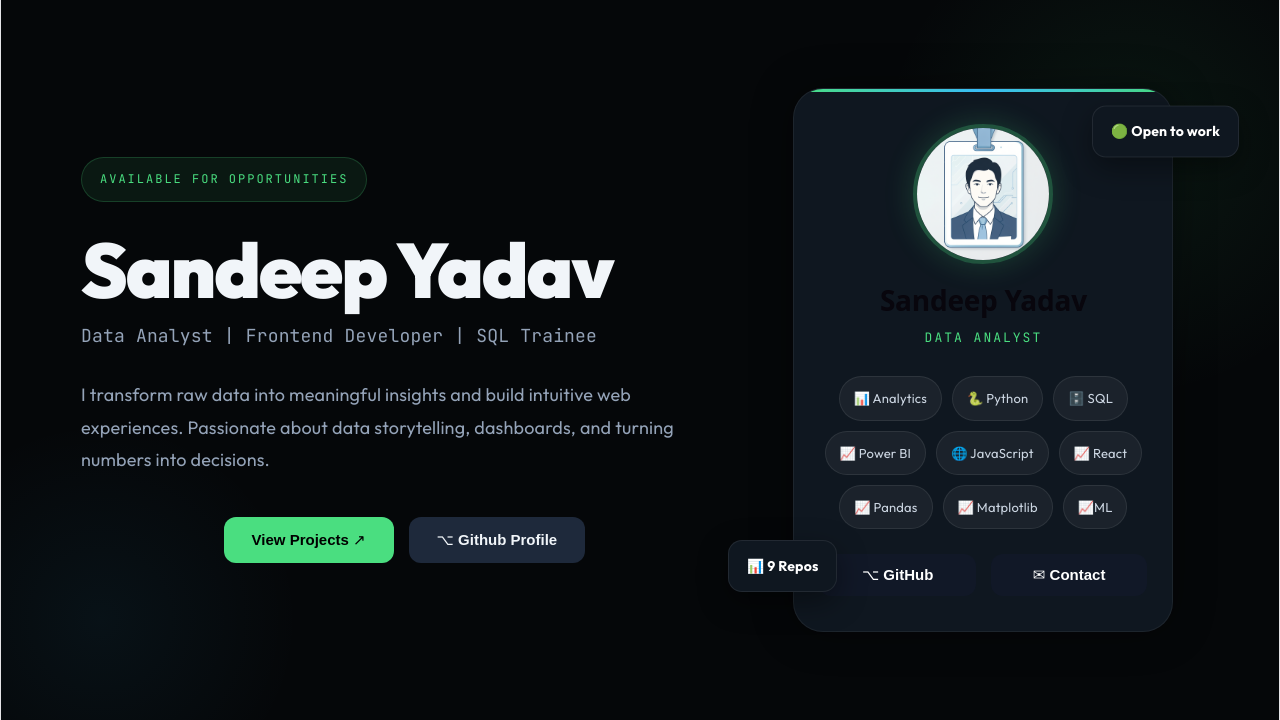
Repository: SandeepYadav18717/sandeepyadav
Page: / (app in Datanaltics_ portfolio/)
An editor plug-in stored every save of this project. The page is shown before and after a run of saves, followed by the edit.
The browser window is 1280 px wide. The pictures show the whole page.
The project was rebuilt for these pictures with package versions that can differ from the ones it lists, and the page was loaded fresh each time. Also part of the build but not shown: Datanaltics_ portfolio/vite.config.js, Datanaltics_ portfolio/src/App.css.

Above is the page before, as saved 2026-05-23 06:12:11.

### Datanaltics_ portfolio/index.html
<!doctype html>
<html lang="en">
  <head>
    <meta charset="UTF-8" />
    <link rel="icon" type="image/svg+xml" href="/favicon.svg" />
    <meta name="viewport" content="width=device-width, initial-scale=1.0" />
    <title>javascript</title>
  </head>
  <body>
    <div id="root"></div>
    <script type="module" src="/src/main.jsx"></script>
  </body>
</html>

### Datanaltics_ portfolio/src/index.css
:root {
  --text: #6b6375;
  --text-h: #08060d;
  --bg: #fff;
  --border: #e5e4e7;
  --code-bg: #f4f3ec;
  --accent: #aa3bff;
  --accent-bg: rgba(170, 59, 255, 0.1);
  --accent-border: rgba(170, 59, 255, 0.5);
  --social-bg: rgba(244, 243, 236, 0.5);
  --shadow:
    rgba(0, 0, 0, 0.1) 0 10px 15px -3px, rgba(0, 0, 0, 0.05) 0 4px 6px -2px;

  --sans: system-ui, 'Segoe UI', Roboto, sans-serif;
  --heading: system-ui, 'Segoe UI', Roboto, sans-serif;
  --mono: ui-monospace, Consolas, monospace;

  font: 18px/145% var(--sans);
  letter-spacing: 0.18px;
  color-scheme: light dark;
  color: var(--text);
  background: var(--bg);
  font-synthesis: none;
  text-rendering: optimizeLegibility;
  -webkit-font-smoothing: antialiased;
  -moz-osx-font-smoothing: grayscale;

  @media (max-width: 1024px) {
    font-size: 16px;
  }
}

@media (prefers-color-scheme: dark) {
  :root {
    --text: #9ca3af;
    --text-h: #f3f4f6;
    --bg: #16171d;
    --border: #2e303a;
    --code-bg: #1f2028;
    --accent: #c084fc;
    --accent-bg: rgba(192, 132, 252, 0.15);
    --accent-border: rgba(192, 132, 252, 0.5);
    --social-bg: rgba(47, 48, 58, 0.5);
    --shadow:
      rgba(0, 0, 0, 0.4) 0 10px 15px -3px, rgba(0, 0, 0, 0.25) 0 4px 6px -2px;
  }

  #social .button-icon {
    filter: invert(1) brightness(2);
  }
}

body {
  margin: 0;
}

#root {
  width: 1126px;
  max-width: 100%;
  margin: 0 auto;
  text-align: center;
  border-inline: 1px solid var(--border);
  min-height: 100svh;
  display: flex;
  flex-direction: column;
  box-sizing: border-box;
}

h1,
h2 {
  font-family: var(--heading);
  font-weight: 500;
  color: var(--text-h);
}

h1 {
  font-size: 56px;
  letter-spacing: -1.68px;
  margin: 32px 0;
  @media (max-width: 1024px) {
    font-size: 36px;
    margin: 20px 0;
  }
}
h2 {
  font-size: 24px;
  line-height: 118%;
  letter-spacing: -0.24px;
  margin: 0 0 8px;
  @media (max-width: 1024px) {
    font-size: 20px;
  }
}
p {
  margin: 0;
}

code,
.counter {
  font-family: var(--mono);
  display: inline-flex;
  border-radius: 4px;
  color: var(--text-h);
}

code {
  font-size: 15px;
  line-height: 135%;
  padding: 4px 8px;
  background: var(--code-bg);
}

### Datanaltics_ portfolio/src/App.jsx
import { useState } from 'react'

// import heroImg from './assets/hero.png'
import './App.css'
import Button from './Components/button'
import Main_Page from './pages/Main.jsx'
function App() {
  const [count, setCount] = useState(0)

  return (
    <>
    <Main_Page />
     </>
  )}
export default App

### Datanaltics_ portfolio/src/Components/button.jsx
function Button({id, text, onClick }) {
  return (
    <button id={id}onClick={onClick} className="btn">
      {text}
    </button>
  );
}
export default Button;

### Datanaltics_ portfolio/src/pages/Main.jsx
import Button from "../Components/button";
import "../Css/Main.css";
import photo from "../assets/image.png";

function Main_Page() {
  return (
    <div className="main-page">
      {/* LEFT SECTION */}
      <div className="left-section">
        <div id="Heading_1">Available for opportunities</div>

        <div id="Name">Sandeep Yadav</div>

        <div id="Heading_2">
          Data Analyst | Frontend Developer | SQL Trainee
        </div>

        <p id="Description">
          I transform raw data into meaningful insights and build intuitive web
          experiences. Passionate about data storytelling, dashboards, and
          turning numbers into decisions.
        </p>

        <Button
          text="View Projects ↗"
          onClick={() => window.open("https://github.com/SandeepYadav18717")}
        />
        <Button
          id="Github"
          text="⌥ Github Profile"
          onClick={() => window.open("https://github.com/SandeepYadav18717")}
        />
      </div>
      {/* RIGHT SECTION */}
      <div className="profile-wrapper">
        <div className="floating-badge badge-top">🟢 Open to work</div>

        {/* FLOATING BADGE 2 */}
        <div className="floating-badge badge-bottom">📊 9 Repos</div>

        {/* PROFILE CARD */}
        <div className="profile-card">
          {/* PROFILE IMAGE */}
          <img src={photo} alt="Profile" id="Photo" />

          {/* NAME */}
          <h2 className="profile-name">Sandeep Yadav</h2>

          {/* ROLE */}
          <p className="profile-role">DATA ANALYST</p>

          {/* SKILLS */}
          <div className="skill-tags">
            <span>📊 Analytics</span>

            <span>🐍 Python</span>

            <span>🗄️ SQL</span>

            <span>📈 Power BI</span>

            <span>🌐 JavaScript</span>
            <span>📈 React</span>
            <span>📈 Pandas</span>
            <span>📈 Matplotlib</span>
            <span>📈ML </span>
          </div>

          {/* BUTTONS */}
          <div className="profile-buttons">
            {/* GITHUB */}
            <button
              className="github-btn"
              onClick={() =>
                window.open("https://github.com/SandeepYadav18717")
              }
            >
              ⌥ GitHub
            </button>

            {/* CONTACT */}
            <button
              className="contact-btn"
              onClick={() => window.open("https://linkedin.com")}
            >
              ✉ Contact
            </button>
          </div>
        </div>
      </div>
    </div>
  );
}

export default Main_Page;

### Datanaltics_ portfolio/src/Css/Main.css
/* GOOGLE FONT */
@import url("https://fonts.googleapis.com/css2?family=Outfit:wght@300;400;500;700;900&family=JetBrains+Mono:wght@400;700&display=swap");

* {
    margin: 0;
    padding: 0;
    box-sizing: border-box;
}

html,
body,
#root {
    width: 100%;
    min-height: 100vh;
    overflow-x: hidden;
    background: #050709;
    color: #f1f5f9;
    font-family: "Outfit", sans-serif;
}

.main-page {
    min-height: 100vh;
    width: 100%;
    display: grid;
    grid-template-columns: 1.2fr 0.8fr;
    align-items: center;
    gap: 40px;
    padding: 80px;
    position: relative;
    overflow: hidden;
    background: #050709;
}

.main-page::before {
    content: "";
    position: absolute;
    width: 500px;
    height: 500px;
    top: -100px;
    right: -100px;
    border-radius: 50%;
    background: radial-gradient(circle,
            rgba(74, 222, 128, 0.08),
            transparent 70%);
    z-index: 0;
    pointer-events: none;
}

.main-page::after {
    content: "";
    position: absolute;
    width: 400px;
    height: 400px;
    bottom: -100px;
    left: -100px;
    border-radius: 50%;
    background: radial-gradient(circle,
            rgba(56, 189, 248, 0.06),
            transparent 70%);
    z-index: 0;
    pointer-events: none;
}

.main-page * {
    position: relative;
    z-index: 1;
}

.content-left {
    display: flex;
    flex-direction: column;
    justify-content: center;
    align-items: flex-start;
    text-align: left;
}

#Heading_1 {
    width: fit-content;
    background: rgba(74, 222, 128, 0.08);
    border: 1px solid rgba(74, 222, 128, 0.2);
    color: #4ade80;
    padding: 8px 18px;
    border-radius: 50px;
    font-size: 12px;
    font-family: "JetBrains Mono", monospace;
    letter-spacing: 2px;
    text-transform: uppercase;
    margin-bottom: 30px;
}

#Name {
    font-size: clamp(45px, 6vw, 90px);
    font-weight: 900;
    line-height: 1;
    letter-spacing: -2px;
    margin-bottom: 15px;
    word-break: break-word;
    text-align: left;
}

#Heading_2 {
    color: #94a3b8;
    font-size: 18px;
    font-family: "JetBrains Mono", monospace;
    margin-bottom: 30px;
    text-align: left;
}

#Description {
    max-width: 650px;
    color: #94a3b8;
    font-size: 18px;
    line-height: 1.8;
    margin-bottom: 40px;
    text-align: left;
}

.photo-container {
    display: flex;
    justify-content: center;
    align-items: center;
    width: 100%;
}

#Photo {
    width: 100%;
    max-width: 400px;
    height: auto;
    margin-left: 0%;
    aspect-ratio: 1/1;
    border-radius: 30px;
    object-fit: cover;
    box-shadow: 0 0 40px rgba(74, 222, 128, 0.2);
}

button {
    width: fit-content;
    background: #4ade80;
    color: black;
    border: none;
    border-radius: 12px;
    padding: 14px 28px;
    font-size: 15px;
    font-weight: 700;
    cursor: pointer;
    transition: 0.3s;
    margin-left: 0px;
}

button:hover {
    background: #86efac;
    transform: translateY(-3px);
    box-shadow: 0 10px 30px rgba(74, 222, 128, 0.3);
}

#Github {
    background: #1e293b;

    color: #f1f5f9;

    border: none;

    padding: 14px 28px;

    border-radius: 12px;
    font-size: 15px;

    font-weight: 700;

    cursor: pointer;

    transition: 0.3s;

    margin-left: 15px;
}

#Github:hover {
    background: #334155;

    transform: translateY(-3px);

    box-shadow: 0 10px 30px rgba(74, 222, 128, 0.2);
}

@media (max-width: 1024px) {
    .main-page {
        grid-template-columns: 1fr;
        gap: 40px;
        padding: 60px 40px;
    }

    .photo-container {
        justify-content: flex-start;
    }

    #Photo {
        max-width: 320px;
    }
}

@media (max-width: 768px) {
    .main-page {
        padding: 40px 20px;
    }

    #Name {
        font-size: 42px;
        letter-spacing: -1px;
    }

    #Heading_2 {
        font-size: 15px;
    }

    #Description {
        font-size: 16px;
    }

    button {
        width: 100%;
    }

    #Photo {
        max-width: 280px;
    }
}

/* WRAPPER */
.profile-wrapper{

  position:relative;

  display:flex;

  justify-content:center;

  align-items:center;
}

/* FLOATING BADGES */
.floating-badge{

  position:absolute;

  background:#0f1720;

  border:1px solid rgba(255,255,255,0.08);

  color:white;

  padding:12px 18px;

  border-radius:14px;

  font-size:14px;

  font-weight:600;

  box-shadow:
  0 10px 30px rgba(0,0,0,0.4);

  z-index:10;

  animation:float 3s ease-in-out infinite;
}

/* TOP BADGE */
.badge-top{

  top:20px;

  right:-40px;
}

/* BOTTOM BADGE */
.badge-bottom{

  bottom:30px;

  left:-40px;

  animation-delay:1s;
}

/* FLOAT ANIMATION */
@keyframes float{

  0%{
    transform:translateY(0px);
  }

  50%{
    transform:translateY(-10px);
  }

  100%{
    transform:translateY(0px);
  }
}

/* PROFILE CARD */
.profile-card{

  width:100%;

  max-width:380px;

  background:#0f1720;

  border:1px solid rgba(255,255,255,0.06);

  border-radius:30px;

  padding:35px 25px;

  display:flex;

  flex-direction:column;

  align-items:center;

  justify-content:center;

  position:relative;

  overflow:hidden;

  box-shadow:
  0 0 40px rgba(0,0,0,0.4);
}

/* TOP LINE */
.profile-card::before{

  content:"";

  position:absolute;

  top:0;
  left:0;

  width:100%;
  height:3px;

  background:
  linear-gradient(
  90deg,
  #4ade80,
  #38bdf8,
  #4ade80
  );
}

/* IMAGE */
#Photo{

  width:140px;
  height:140px;

  border-radius:50%;

  object-fit:cover;

  border:4px solid rgba(74,222,128,0.3);

  margin-bottom:20px;

  box-shadow:
  0 0 30px rgba(74,222,128,0.2);
}

/* NAME */
.profile-name{

  font-size:28px;

  font-weight:800;

  margin-bottom:8px;

}

/* ROLE */
.profile-role{

  color:#4ade80;

  font-size:13px;

  font-family:'JetBrains Mono',monospace;

  letter-spacing:2px;

  margin-bottom:25px;
}
.profile-role{
    content:"Data Analyst";

  animation:roles 6s infinite;

  color:#4ade80;
}
@keyframes roles{

  0%{
    content:"Data Analyst";
  }

  33%{
    content:"Frontend Developer";
  }

  66%{
    content:"SQL Trainee";
  }

  100%{
    content:"Data Analyst";
  }
}
/* TAGS */
.skill-tags{

  display:flex;

  flex-wrap:wrap;

  justify-content:center;

  gap:10px;

  margin-bottom:25px;
}

/* SINGLE TAG */
.skill-tags span{

  background:rgba(255,255,255,0.05);

  border:1px solid rgba(255,255,255,0.08);

  padding:8px 14px;

  border-radius:50px;

  font-size:13px;

  color:#cbd5e1;
}

/* BUTTONS */
.profile-buttons{

  width:100%;

  display:flex;

  gap:15px;
}

/* GITHUB */
.github-btn{

  flex:1;

  background:#111827;

  color:white;

  border:none;

  padding:12px;

  border-radius:12px;

  font-weight:700;

  cursor:pointer;

  transition:0.3s;
}

.github-btn:hover{

  background:#1f2937;

  transform:translateY(-3px);
}

/* CONTACT */
.contact-btn{

  flex:1;

  background:#111827;

  color:white;

  border:none;

  padding:12px;

  border-radius:12px;

  font-weight:700;

  cursor:pointer;

  transition:0.3s;
}

.contact-btn:hover{

  background:#1f2937;

  transform:translateY(-3px);
}
/* MOBILE FIX */
@media(max-width:768px){

  .profile-wrapper{

    margin-top:30px;
  }

  .badge-top{

    top:-10px;

    right:0;
  }

  .badge-bottom{

    bottom:-10px;

    left:0;
  }

  .profile-card{

    max-width:320px;
  }

  .profile-buttons{

    flex-direction:column;
  }
}

Loaded but not shown: Datanaltics_ portfolio/src/main.jsx (common file)

After the next 4 saves:
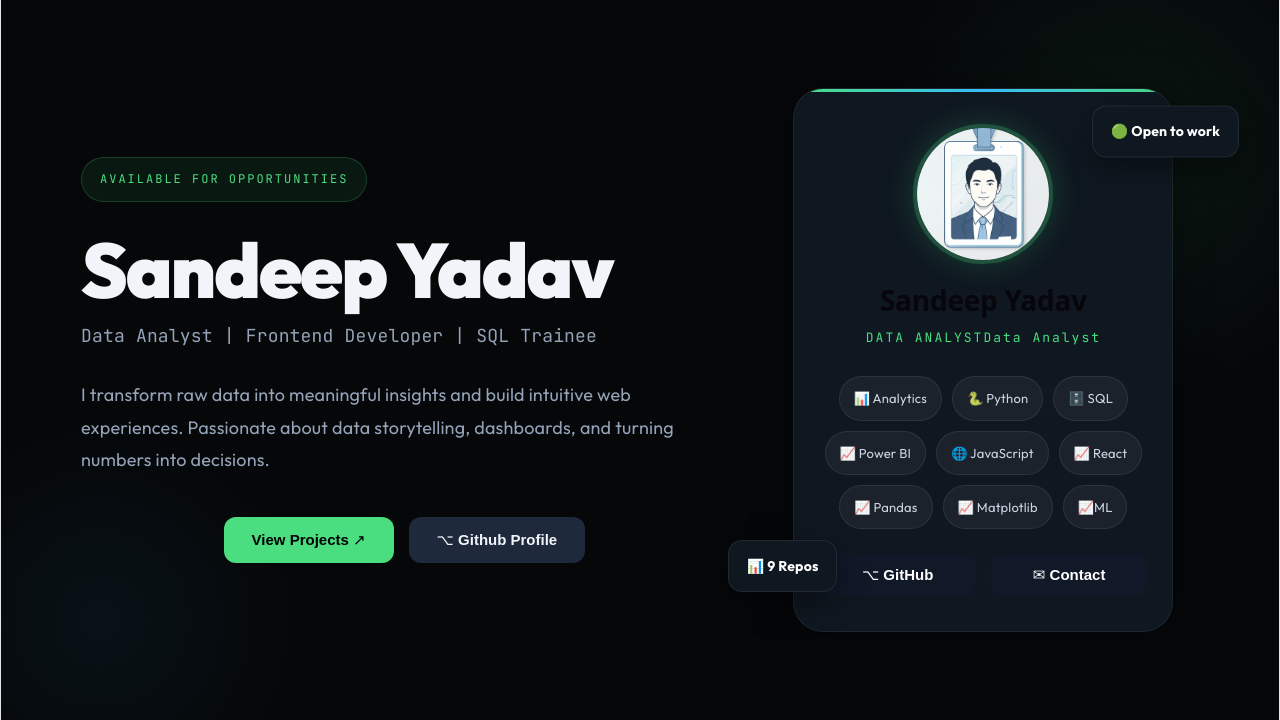
The 4 saves are shown as one change because they came seconds apart.
The last was saved 29 s later.
--- a/Datanaltics_ portfolio/src/Css/Main.css
+++ b/Datanaltics_ portfolio/src/Css/Main.css
@@ -393,7 +393,7 @@ button:hover {
 
   margin-bottom:25px;
 }
-.profile-role{
+.profile-role::after{
     content:"Data Analyst";
 
   animation:roles 6s infinite;
